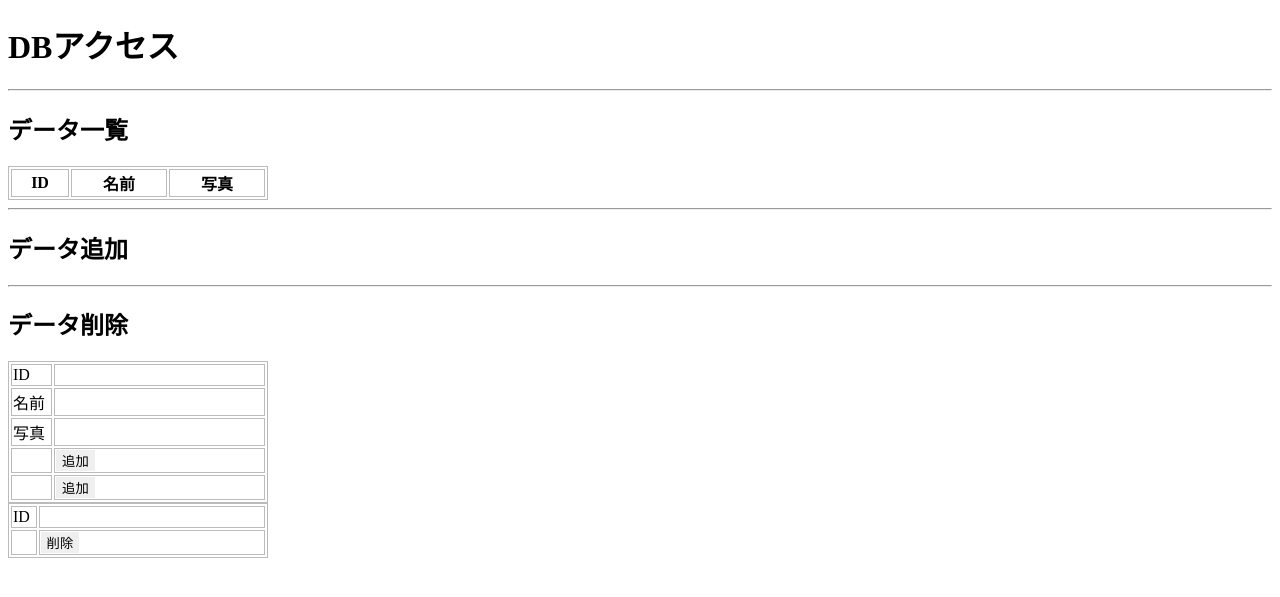
Repository: n1290118/systemDevelopment
Page: http://localhost/SampleSQL/select
The author's editor kept a copy of each file at every save. The page is drawn from the files as they stood at one save, then again after the next save.
The browser window is 1280 px wide. The pictures show the whole page.
The page is served by Tomcat 9. Queries for data that is not in the repository find no rows.

Above is the page before, as saved 2020-09-10 01:07:47.

After the next save:
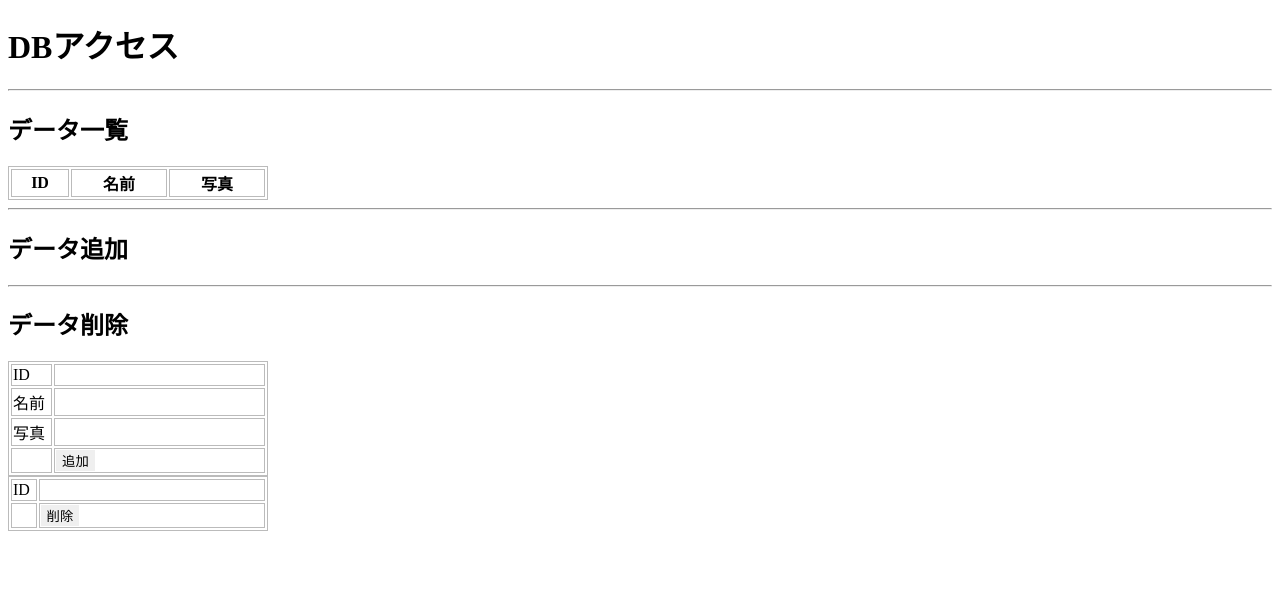
Saved 6 min 9 s later.
--- a/SampleSQL/WebContent/WEB-INF/select.jsp
+++ b/SampleSQL/WebContent/WEB-INF/select.jsp
@@ -46,10 +46,8 @@ pageEncoding="UTF-8"%>
 	<td></td>
 	<td><input type="submit" value="追加"></td>
 	</tr>
-	<tr>
-	<td></td>
-	<td><input type="submit" value="追加"></td>
-	</tr>
+
+
 	<hr>
 <h2>データ削除</h2>
 <form action="/delete" method="post">
@@ -58,7 +56,7 @@ pageEncoding="UTF-8"%>
 	<td>ID</td>
 	<td><input type="text" name="deleteId" /></td>
 	</tr>
-	<tr>
+<tr>
 	<td></td>
 	<td><input type="submit" value="削除"></td>
 </tr>
